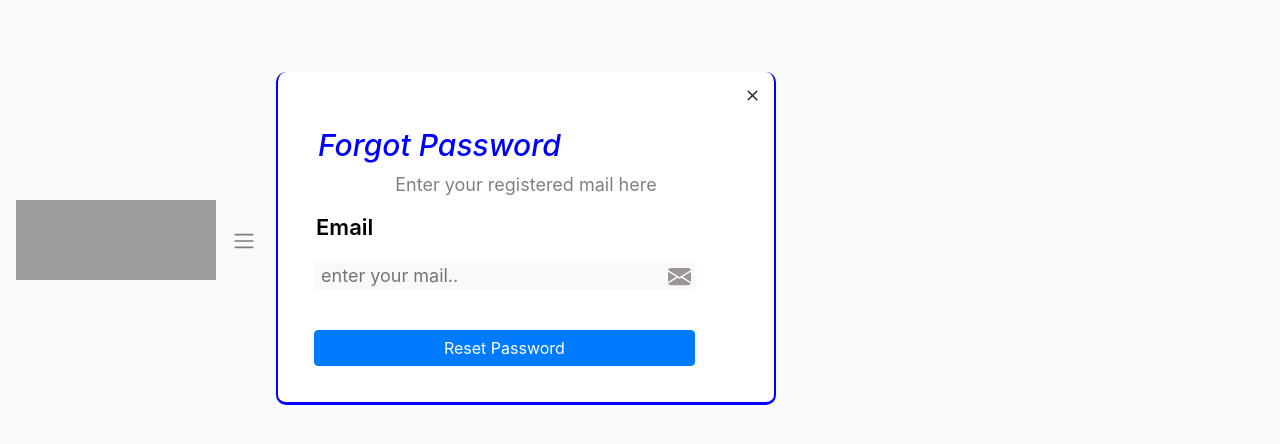
Repository: siri548/Karyakartha
Page: forgotPage.html
An editor plug-in stored every save of this project. The page is shown before and after the next save, followed by the edit.
The browser window is 1280 px wide. The pictures show the whole page.
Pictures or frames that could not be fetched are drawn as grey boxes.

Above is the page before, as saved 2023-11-05 10:00:05.
Console error (its wording comes from the project's code and is left out).

After the next save:
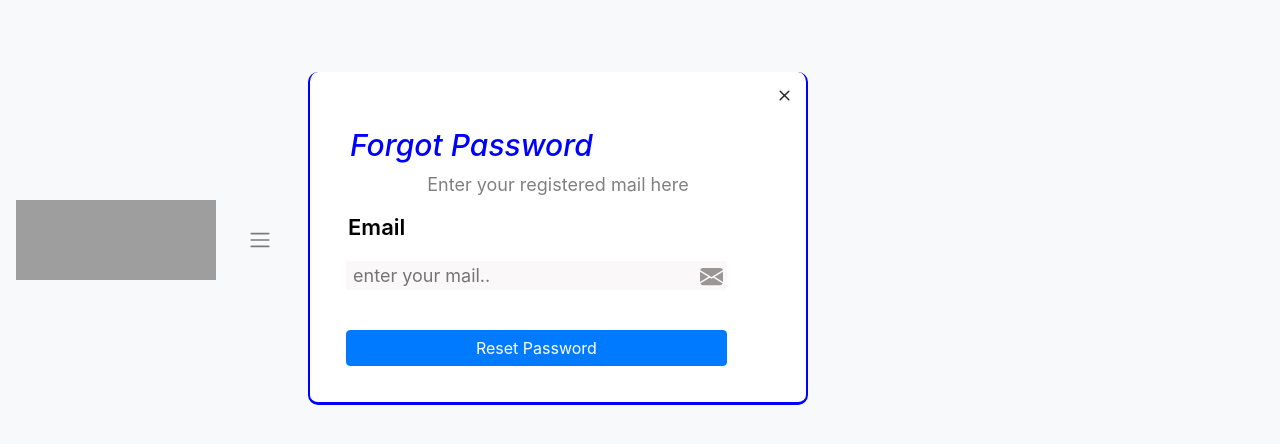
Saved 6 s later.
--- a/forgotPage.html
+++ b/forgotPage.html
@@ -30,7 +30,7 @@
                     </svg>
                 </a>
             </div>
-            <nav class="" <button class=" navbar-toggler text-right " type="button " data-toggle="collapse " data-target="#navbarNavAltMarkup " aria-controls="navbarNavAltMarkup " aria-expanded="false " aria-label="Toggle navigation ">
+            <nav class="navbar" <button class=" navbar-toggler text-right " type="button " data-toggle="collapse " data-target="#navbarNavAltMarkup " aria-controls="navbarNavAltMarkup " aria-expanded="false " aria-label="Toggle navigation ">
                 <span class="navbar-toggler-icon ">
             <div    class = "line"></div>
             <div    class = "line">
